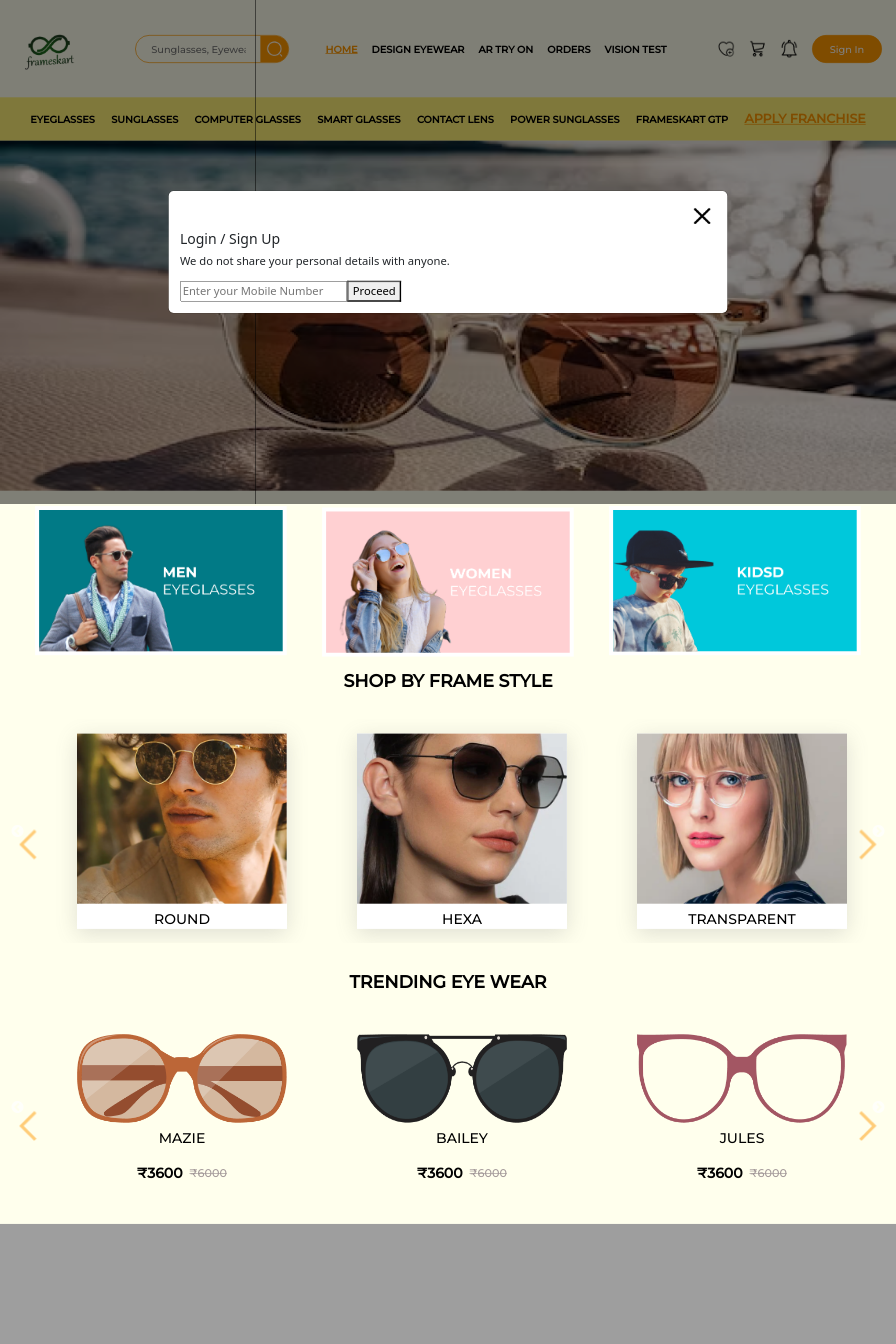
Repository: FlyweisReact/Frameskart
Page: /, after clicking the first element matching `button`
An editor plug-in stored every save of this project. The page is shown before and after the next save, followed by the edit.
The browser window is 1280 px wide. The pictures show the part of the page from y = 0 to 1920 px (the page is 12493 px tall), at 70% of full size.
Pictures or frames that could not be fetched are drawn as grey boxes. The project was rebuilt for these pictures with package versions that can differ from the ones it lists, and the page was loaded fresh each time.

Above is the page before, as saved 2023-10-23 13:03:49.

After the next save:
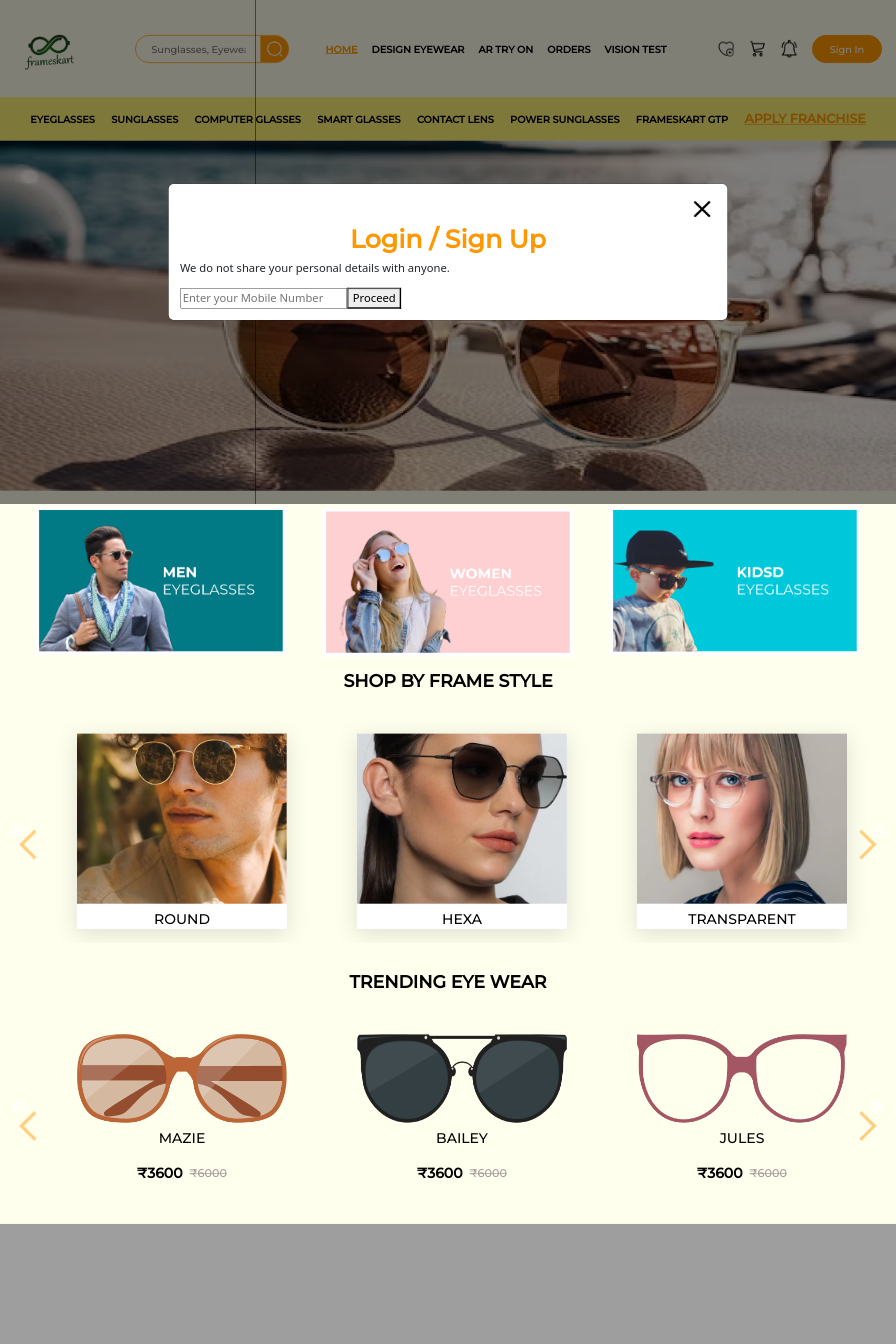
Saved 4 s later.
--- a/src/CSS/style.css
+++ b/src/CSS/style.css
@@ -787,5 +787,11 @@
 }
 
 .Login_Container h5{
-
-}
+  color: #FE9800;
+text-align: center;
+font-family: Montserrat;
+font-size: 36px;
+font-style: normal;
+font-weight: 600;
+line-height: normal;
+}
